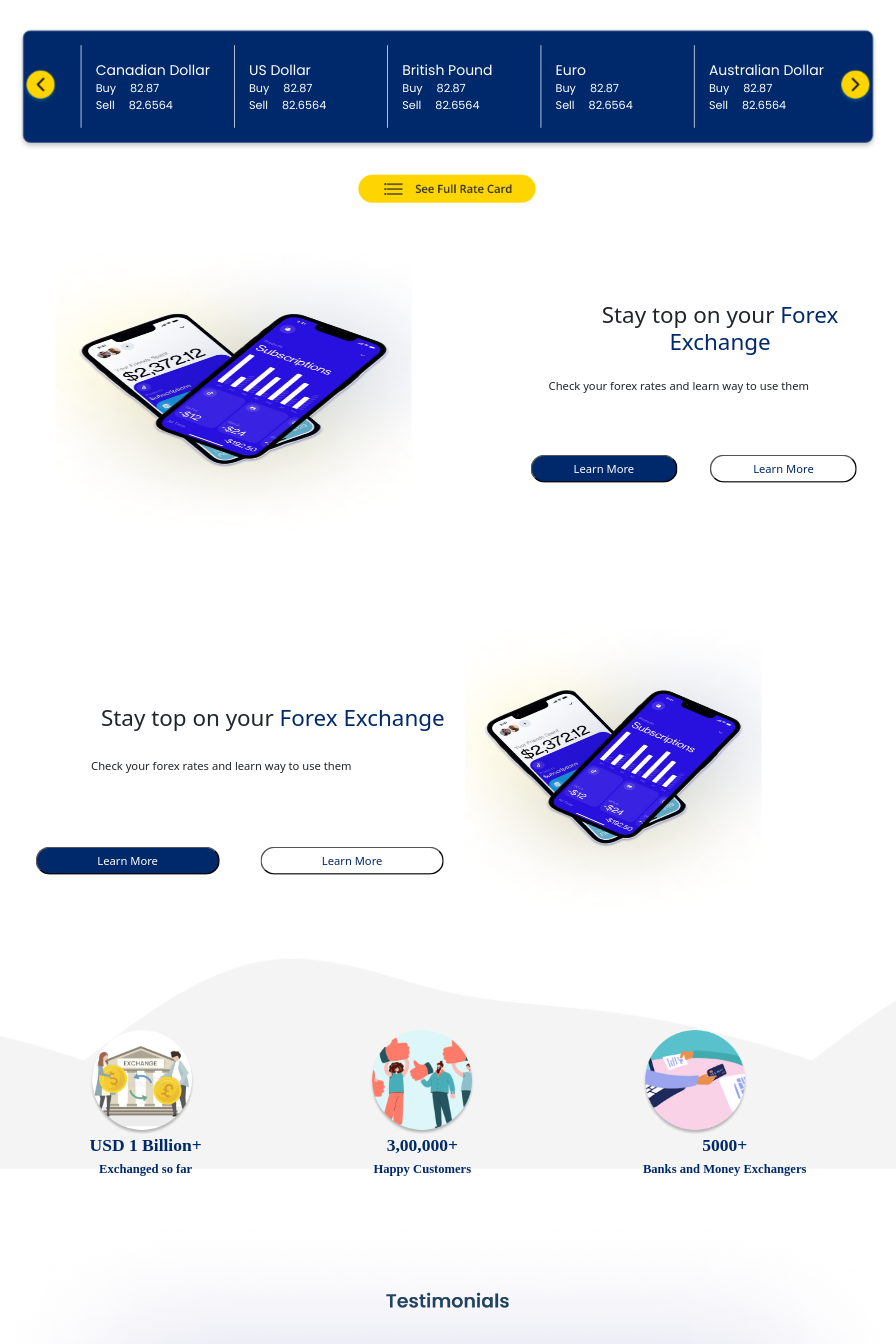
Repository: FlyweisReact/Akshadeep-latest
Page: /
An editor plug-in stored every save of this project. The page is shown before and after the next save, followed by the edit.
The browser window is 1280 px wide. The pictures show the part of the page from y = 741 to 2661 px (the page is 4533 px tall before and 4468 px after), at 70% of full size.
Some web libraries are served in a nearby version. The project was rebuilt for these pictures with package versions that can differ from the ones it lists, and the page was loaded fresh each time. Also part of the build but not shown: src/components/exchange.jsx, src/components/order_p1.jsx, src/components/order_p2.jsx, src/components/faas.jsx, src/components/offer.jsx, src/components/main2.jsx, src/components/home.jsx, src/components/slider.jsx and 6 more.

Above is the page before, as saved 2023-05-23 15:39:29.

### public/index.html
<!DOCTYPE html>
<html lang="en">
  <head>
    <meta charset="utf-8" />
    <link rel="icon" href="%PUBLIC_URL%/favicon.ico" />
    <meta name="viewport" content="width=device-width, initial-scale=1" />
    <meta name="theme-color" content="#000000" />
    <meta
      name="description"
      content="Web site created using create-react-app"
    />
    <link rel="apple-touch-icon" href="%PUBLIC_URL%/logo192.png" />

    <link rel="manifest" href="%PUBLIC_URL%/manifest.json" />
    <link rel="stylesheet" href="https://cdnjs.cloudflare.com/ajax/libs/font-awesome/5.15.3/css/all.min.css" />
    <link href="https://cdn.jsdelivr.net/npm/bootstrap@5.3.0-alpha1/dist/css/bootstrap.min.css" rel="stylesheet" integrity="sha384-GLhlTQ8iRABdZLl6O3oVMWSktQOp6b7In1Zl3/Jr59b6EGGoI1aFkw7cmDA6j6gD" crossorigin="anonymous">
    <title>React App</title>
  </head>
  <body>
    <noscript>You need to enable JavaScript to run this app.</noscript>
    <div id="root"></div>
    <script src="https://kit.fontawesome.com/b533b351e4.js" crossorigin="anonymous"></script>
  </body>
</html>

### src/components/Main.jsx
/** @format */

import React from "react";
import Navbar from "./navbar";
import "react-responsive-carousel/lib/styles/carousel.min.css";
import BottomCont from "./bottom_cont";
import Footer from "./footer";
import img from "../Images/a-7.png";
import img5 from "../Images/a-58.png";
import UpperForm from "./Component/Index/UpperForm";
import UpperSlider from "./Component/Index/UpperSlider";
import CurrencySlider from "./Component/Index/CurrencySlider";

function Main() {
  return (
    <>
      <Navbar />

      <div className="upper-two-component">
        <div className="left-component">
          <UpperForm />
        </div>
        <div className="right-component">
          <UpperSlider />
        </div>
      </div>

      <div className="Index-currency_cont">
        <CurrencySlider />
      </div>

      <div className="main-mid-2-cont">
        <img src={img5} alt="" />
      </div>

      <div className="main-2-cont">
        <div className="main-2-left">
          <img src={img} alt="" />
        </div>
        <div className="main-2-right">
          <h2>
            Stay top on your <spam className="sp">Forex Exchange</spam>
          </h2>
          <p>Check your forex rates and learn way to use them</p>
          <div className="main-2-r-btn">
            <button className="main-2l-btn">Learn More</button>
            <button className="main-2r-btn">Learn More</button>
          </div>
        </div>
      </div>
      <div className="main-3-cont">
        <div className="main-3-left">
          <h2>
            Stay top on your <spam className="sp">Forex Exchange</spam>
          </h2>
          <p>Check your forex rates and learn way to use them</p>
          <div className="main-2-r-btn">
            <button className="main-2l-btn">Learn More</button>
            <button className="main-2r-btn">Learn More</button>
          </div>
        </div>
        <div className="main-3-right">
          <img src={img} alt="" />
        </div>
      </div>
      <BottomCont />
      <Footer />
    </>
  );
}

export default Main;

### src/Style/Header.css
/** @format */

.Sticky-Header-Companent {
  height: 100%;
  background-color: var(--white);
  position: sticky;
  top: 0;
  z-index: 999;
  padding: 20px;
  transition: box-shadow 0.3s ease;
}

.scrolled {
  box-shadow: rgba(0, 0, 0, 0.24) 0px 3px 8px;
}

.Header {
  width: 100%;
  display: flex;
  justify-content: space-between;
  align-items: center;
}

.Header .left-component a {
  font-family: InterFont;
  font-size: 2rem;
  color: #000000;
  cursor: pointer;
  text-decoration: none;
}

.Header .right-component {
  display: flex;
  gap: 20px;
}
.Header .right-component .btn1 {
  font-weight: 500;
  font-size: var(--medium-font);
  color: var(--black);
  background-color: transparent;
  border: none;
}
.Header .right-component .btn2 {
  font-size: var(--medium-font);
  color: var(--white);
  background-color : #00296B;
  border: 1px solid #00296B;
  padding: 10px;
  width: 200px;
  border-radius: var(--half-border);
}

/* Category Drop- Down */
.Drop-Category-Bar {
  display: flex;
  align-items: center;
}
.Drop-Category-Bar .left-container {
  width: 20%;
  padding: 20px;
}

.Drop-Category-Bar .right-Container {
  display: flex;
  width: 60%;
  justify-content: space-evenly;
}

.Drop-Category-Bar .left-container i {
  font-size: var(--medium-font);
  cursor: pointer;
}
.Drop-Category-Bar .right-Container #dropdown-basic {
  border: none;
  font-size: var(--medium-font);
  font-style: normal;
  line-height: 29px;
  color: #333131;
}
.Drop-Category-Bar .right-Container #dropdown-button-drop-end {
  width: 100%;
  display: flex;
  justify-content: space-between;
  gap: 20px;
  align-items: center;
  font-size: var(--small-font);
  border: none;
}
.Drop-Category-Bar .right-Container .dropdown-item {
  width: 100%;
  font-size: var(--small-font);
  border: none;
  padding-left: 12px;
}

/* FullScreen Offcanvas */
.offcanvas.offcanvas-start {
  width: 100% !important;
  background-color: transparent;
}
.offcanvas-backdrop.show {
  opacity: 0.9 !important;
}
.Offcanvas-Menu {
  position: relative;
  padding: 20px;
}
.Offcanvas-Menu .fa-x {
  font-size: var(--medium-font);
  color: #fff;
  position: absolute;
  right: 20px;
  top: 20px;
  cursor: pointer;
}
.Offcanvas-Menu .Menu-Items {
  display: flex;
  justify-content: space-evenly;
  align-items: center;
  position: absolute;
  top: 50%;
  gap: 20px;
  left: 50%;
  transform: translate(-50%, -50%);
  width: 100%;
  padding-left: 5%;
  padding-right: 5%;
}
.Offcanvas-Menu .Menu-Items div {
  width: 20%;
  cursor: pointer;
}
.Offcanvas-Menu .Menu-Items div img {
  display: block;
  margin: auto;
}
.Offcanvas-Menu .Menu-Items div a {
  text-decoration: none;
}
.Offcanvas-Menu .Menu-Items p {
  font-size: var(--medium-font);
  color: #ffffff;
  text-align: center;
  margin-top: 10px;
  font-family: OpenFont;
  text-decoration: none;
  width: 100%;
}

### src/Style/Layout.css
/* Two Section Component */
.upper-two-component {
    display: flex;
    justify-content: space-evenly;
    padding-top: 20px;
}
.upper-two-component .left-component{
    width: 40%;
}
.upper-two-component .right-component{
    width: 50%;
}

/* Currency Container */
.Index-currency_cont{
    width: 98%;
    margin: auto;
    padding: 20px;
    filter: drop-shadow(0px 4px 4px rgba(0, 0, 0, 0.25));
    padding-top: 5%;
}

### src/Style/Component.css
/**
 * Upper Form Component
 *
 * @format
 */

.Index-Upper-Form {
  width: 100%;
  padding-top: 20px;
}
.Index-Upper-Form .button-container {
  display: flex;
  align-items: center;
  justify-content: center;
  gap: 10px;
  width: 100%;
}
.Index-Upper-Form .button-container button {
  background-color: #fff;
  color: #333;
  border: 1px solid #ffd500;
  font-size: var(--small-font);
  cursor: pointer;
  padding: 10px;
  width: 20%;
  font-family: OpenFont;
  border-radius: 4px;
  transition: 0.5s;
}
.Index-Upper-Form .button-container button:hover {
  background: #ffd500;
}
.Index-Upper-Form .form-cont {
  width: 100%;
  margin-top: 10px;
  background: #00296b;
  border: 1px solid #333131;
  box-shadow: 0px 0px 100px 8px rgba(255, 213, 0, 0.3);
  border-radius: 12px;
  position: relative;
  padding: 20px;
}
.Index-Upper-Form .form-cont .form-part-1 .two-cont {
  display: flex;
  justify-content: space-between;
  width: 100%;
}
.Index-Upper-Form .form-cont .form-part-1 .two-cont div {
  width: 45%;
}
.Index-Upper-Form .form-cont .form-part-1 .two-cont div label {
  color: var(--white);
  font-size: var(--extra-small-font);
  font-family: PoppinFont;
  line-height: 24px;
  color: #ffffff;
}

.Index-Upper-Form .form-cont .form-part-1 .two-cont div select {
  width: 100%;
  margin-top: 3px;
  outline: none;
  font-size: var(--extra-small-font);
  color: #897f7f;
  font-family: PoppinFont;
  padding: 10px;
  border-radius: 4px;
  border: 1px solid #897f7f;
}
.Index-Upper-Form .form-cont .form-part-1 .rate {
  font-size: 16px;
  line-height: 24px;
  color: #ffffff;
  margin-top: 10px;
  font-family: PoppinFont;
}
.Index-Upper-Form .form-cont .form-part-1 .two-cont div input {
  width: 100%;
  margin-top: 3px;
  outline: none;
  font-size: var(--extra-small-font);
  color: #897f7f;
  font-family: PoppinFont;
  padding: 10px;
  border-radius: 4px;
  border: 1px solid #897f7f;
}
.Index-Upper-Form .form-cont .form-part-1 .two-cont div input::placeholder {
  color: #897f7f;
}
.Index-Upper-Form .form-cont .form-part-1 .two-cont .two-section {
  display: flex;
  gap: 10px;
  color: var(--white);
  margin-top: 10px;
  align-items: center;
}
.Index-Upper-Form .form-cont .form-part-1 .two-cont .two-section p {
  margin: 0;
  font-family: PoppinFont;
}
.Index-Upper-Form .form-cont .form-part-1 .two-cont .two-section button {
  background-color: #214360;
  outline: none;
  border: 1px solid #214360;
  color: var(--white);
  font-family: PoppinFont;
}
.Index-Upper-Form .form-cont .form-part-1 .two-cont .two-section i {
  color: #ffd500;
}
.Index-Upper-Form .form-cont .form-part-1 .two-cont .two-section .add {
  color: #ffd500;
  text-decoration: underline;
}
.Index-Upper-Form .form-cont .ord-btn {
  font-size: var(--medium-font);
  font-family: PoppinFont;
  background: #ffd500;
  border-radius: 30.2748px;
  border: none;
  width: 40%;
  padding: 10px;
  display: block;
  margin: auto;
  position: absolute;
  top: 98%;
  cursor: pointer;
  left: 50%;
  transform: translate(-50%, -50%);
}

/* Slick Slider */
.slick-slider-Cont {
  position: relative;
}
.slick-slider-Cont .Prev-Next_cont {
  display: flex;
  justify-content: space-between;
}
.slick-slider-Cont .Prev-Next_cont .PrevImg {
  position: absolute;
  top: 50%;
  left: 5%;
  transform: translate(-50%, -50%);
  cursor: pointer;
}
.slick-slider-Cont .Prev-Next_cont .NextImg {
  position: absolute;
  top: 50%;
  left: 95%;
  transform: translate(-50%, -50%);
  cursor: pointer;
}

.Slick-Slider {
  height: 100%;
  padding: 20px;
}
.Slick-Slider .slider-container-div {
  width: 100%;
}
.Slick-Slider .slider-container-div p {
  font-family: PoppinFont;
  font-size: 24px;
  line-height: 40px;
  color: #000;
  text-align: center;
  margin: 0;
}
.Slick-Slider .slider-container-div img {
  display: block;
  margin: auto;
}
.Slick-Slider:focus {
  border: none !important;
}
.Slick-Slider:active {
  border: none !important;
}

.Slick-Slider .slider-container-div .two-comp {
  display: flex;
  justify-content: space-evenly;
  gap: 10px;
}
.Slick-Slider .slider-container-div .two-comp .left-comp {
  width: 45%;
  position: relative;
}
.Slick-Slider .slider-container-div .two-comp .left-comp img {
  position: absolute;
  top: 50%;
  left: 50%;
  transform: translate(-50%, -50%);
}
.Slick-Slider .slider-container-div .two-comp .right-comp {
  width: 60%;
}
.Slick-Slider .slider-container-div .two-comp .right-comp div {
  display: flex;
  padding-top: 20px;
  gap: 20px;
  align-items: center;
}
.Slick-Slider .slider-container-div .two-comp .right-comp p {
  margin: 0;
  font-size: var(--extra-small-font);
  line-height: normal;
  width: 90%;
  text-align: left;
}
.Slick-Slider .slider-container-div .two-comp .right-comp i {
  margin: 0;
  background-color: #00a067;
  color: #fff;
  border-radius: 100%;
  padding: 5px;
}


/* Currency-Slider  */
.currency_slider_cont{
  background-color: #00296B;
  border: 1px solid #00296B;
  border-radius: 10px;
  position: relative;
  width: 100%;
}
.currency_slider_cont .currency_slider{
  height: 100%;
  padding: 20px;
  padding-left: 5%;
  padding-right: 5%;
}
.currency_slider_cont .currency_slider:focus {
  border: none !important;
}
.currency_slider_cont .currency_slider:active {
  border: none !important;
}

.currency_slider_cont .currency_slider .Item{
  color: #fff;
  border-right: 1px solid #fff;
  padding: 20px;
  width: 20%;
}
.currency_slider_cont .currency_slider .Item p{
  margin: 0;
}
.currency_slider_cont .currency_slider .Item .head{
  font-family: PoppinFont;
  font-size: var(--medium-font);
}
.currency_slider_cont .currency_slider .Item .two_sec{
  display: flex;
  align-items: center;
  gap: 20px;
}
.currency_slider_cont .currency_slider .Item .two_sec p{
  font-family: PoppinFont;
font-size: var(--extra-small-font);
}
.currency_slider_cont .Prev-Next_cont {
  display: flex;
  justify-content: space-between;
}
.currency_slider_cont .Prev-Next_cont .PrevImg {
  position: absolute;
  top: 50%;
  left: 2%;
  transform: translate(-50%, -50%);
  cursor: pointer;
}
.currency_slider_cont .Prev-Next_cont .NextImg {
  position: absolute;
  top: 50%;
  left: 98%;
  transform: translate(-50%, -50%);
  cursor: pointer;
}

.slick-prev:before {
  display: none !important;
}
.slick-next:before{
  display: none
  ;
}

### src/components/navbar.jsx
import Header from "./Layout/Header";

const Navbar = () => {
  return (
    <>
      <Header />

    </>
  );
};

export default Navbar;

### src/components/bottom_cont.jsx
import React from "react";
import img from "../Images/a-33.png";
import img2 from "../Images/a-34.png";
import img3 from "../Images/a-35.png";
import img4 from "../Images/a-36.png";
import img5 from "../Images/a-37.png";
import img6 from "../Images/a-51.png";

const BotCont = () => {
  return (
    <>
      <div className="bot-part-1">
        <div className="bot-cont-imgs">
          <div>
            <img src={img} />
            <h6>USD 1 Billion+</h6>
            <p>Exchanged so far</p>
          </div>
          <div>
            <img src={img2} />
            <h6>3,00,000+</h6>
            <p>Happy Customers</p>
          </div>
          <div>
            <img src={img3} />
            <h6>5000+</h6>
            <p>Banks and Money Exchangers</p>
          </div>
        </div>
      </div>
      <div className="bot-part-3">
        <img src={img6} />
      </div>
      <div className="bot-part-2">
        <h3>Media Mentions</h3>
        <div className="bot-part-2-sub">
          <div className="bot-cont-card">
            <h4>Loren Ipsum Id best Platform out there</h4>
            <p>
              Lorem Ipsum is simply dummy text of the printing and typesetting
              industry. Lorem Ipsum has been the industry's standard dummy text
              ever since the 1500s, when an unknown printer took a galley of
              type and scrambled it to make a type specimen book.
            </p>
            <div className="thin-line"></div>
            <div className="bot-cont-card-2">
              <img src={img4} />
              <p>5 star</p>
            </div>
          </div>
          <div className="bot-cont-card">
            <h4>Loren Ipsum Id best Platform out there</h4>
            <p>
              Lorem Ipsum is simply dummy text of the printing and typesetting
              industry. Lorem Ipsum has been the industry's standard dummy text
              ever since the 1500s, when an unknown printer took a galley of
              type and scrambled it to make a type specimen book.
            </p>
            <div className="thin-line"></div>
            <div className="bot-cont-card-2">
              <img src={img5} style={{height:"40px"}} />
              <p>5 star</p>
            </div>
          </div>
        </div>
      </div>
    </>
  );
};

export default BotCont;

### src/components/footer.jsx
import React from "react";

const Footer = () => {
  return (
    <footer className="footer">
      <div className="footer-cont">
        <div className="foot-row">
          <div className="foot-col">
            <h3>Company</h3>
            <p>About Us</p>
            <p>Contact Us</p>
            <p>Careers</p>
          </div>
          <div className="foot-col">
            <h3>Services</h3>
            <p>Prepaid Travel Card</p>
            <p>Foreign Demand Draft</p>
            <p>Foreign Currency</p>
            <p>Educational Loans</p>
            <p>Remmittance</p>
            <p>Travel Insurance</p>
            <p>Forex as a Service (Faas Solution)</p>
          </div>
          <div className="foot-col">
            <h3>Quick Links</h3>
            <p>FAQs</p>
            <p>Cancellation & Refund Policy</p>
            <p>Forex Rates</p>
            <p>Our Policies</p>
            <p>Terms of Use</p>
            <p>Site Map</p>
            <p>Offers</p>
          </div>
          <div className="foot-col">
            <h3>Insight</h3>
            <p>Blogs</p>
            <p>Press Release</p>
            <p>Foreign Currency</p>
            <p>Educational Loans</p>
            <p>Remmittance</p>
            <p>Travel Insurance</p>
            <p>Forex as a Service (Faas Solution)</p>
          </div>
          <div className="foot-col">
            <h3>Registered Office Address</h3>
            <p>Lorem Ipsum Pvt ltd.</p>
            <p>P-701 to P-705 lorem ipsum , 7th floor, 11th tower, panchsheel primerose, vatista
                , Gurugram, Hariyana
            </p>
            {/*<ul className="social-icons">
              <li>
                <a href="#">
                  <i className="fab fa-facebook-f"></i>
                </a>
              </li>
              <li>
                <a href="#">
                  <i className="fab fa-twitter"></i>
                </a>
              </li>
              <li>
                <a href="#">
                  <i className="fab fa-linkedin"></i>
                </a>
              </li>
              <li>
                <a href="#">
                  <i className="fab fa-instagram"></i>
                </a>
              </li>
            </ul>*/}
          </div>
        </div>
      </div>
      <div className="footer-bottom">
        <p>&copy; 2023 Forex Inc. All Rights Reserved.</p>
      </div>
    </footer>
  );
};

export default Footer;

### src/components/signup.jsx
import Button from "react-bootstrap/Button";
import Modal from "react-bootstrap/Modal";

function MyVerticallyCenteredModal(props) {
  return (
    <Modal
      {...props}
      size="lg"
      aria-labelledby="contained-modal-title-vcenter"
      centered
    >
      <Modal.Body>
        <div className="popupe-container">
          <div className="popupe">
            <span className="close" onClick={props.onHide}>
              &times;
            </span>
            <h2 className="form-title">Register</h2>
            <form>
              <div class="form-groupe">
                <label for="name" className="label-inp">Name</label>
                <input type="text" id="name" name="name" placeholder="Enter your name here" />
              </div>
              <div class="form-groupe">
                <label for="mobile" className="label-inp">Mobile Number</label>
                <input type="email" id="email" name="email" placeholder="Enter your mobile no here"/>
              </div>
              <div class="form-groupe">
                <label for="email" className="label-inp">Email</label>
                <input type="email" id="email" name="email" placeholder="Enter your email here"/>
              </div>
              <button type="submit" className="btn-form-submit">Submit</button>
            </form>
            <h2 className="form-title">Or</h2>
            <div className="form-bot-cont">
              <div className="left-btn">
                  <button className="btn-2">
                  <i class="fab fa-facebook-f fc" ></i>
                  facebook</button>
              </div>
              <div className="right-btn">
                  <button className="btn-2">
                  <i class="fab fa-google-plus-g gl"></i>
                    Google</button>
              </div>
            </div>
            </div>
          </div>
      </Modal.Body>
    </Modal>
  );
}

export default MyVerticallyCenteredModal;

### src/components/login.jsx

import Modal from "react-bootstrap/Modal";

function MyVerticallyCenteredModal(props) {
  return (
    <Modal
      {...props}
      size="lg"
      aria-labelledby="contained-modal-title-vcenter"
      centered
    >
      <Modal.Body>
        <div className="popupe-container">
          <div className="popupe">
            <span className="close" onClick={props.onHide}>
              &times;
            </span>
            <h2 className="form-title">Login</h2>
            <form>
              <div class="form-groupe">
                <label for="name" className="label-inp">Mobile Number/ Email Id</label>
                <input type="text" id="name" name="name" placeholder="Enter mobile number/ email Id" />
              </div>
              <button type="submit" className="btn-form-submit">Submit</button>
            </form>
            </div>
            <h2 className="form-title">Or</h2>
            <div className="form-bot-cont">
              <div className="left-btn">
                  <button className="btn-2">
                  <i class="fab fa-facebook-f fc" ></i>
                  facebook</button>
              </div>
              <div className="right-btn">
                  <button className="btn-2">
                  <i class="fab fa-google-plus-g gl"></i>
                    Google</button>
              </div>
            </div>
          </div>
      </Modal.Body>
    </Modal>
  );
}

export default MyVerticallyCenteredModal;

Loaded but not shown: src/Json/menu.json (187 lines, source omitted); src/components/Component/Index/UpperSlider.js (180 lines, source omitted); src/components/Component/Index/CurrencySlider.js (162 lines, source omitted); src/components/Component/Index/UpperForm.js (74 lines, source omitted); src/components/Layout/DropBar.js (60 lines, source omitted); src/components/Layout/Sidebar.js (70 lines, source omitted); src/App.js (50 lines, source omitted); src/components/Layout/Header.js (56 lines, source omitted); src/index.js (13 lines, source omitted); src/index.css (2406 lines, source omitted)

After the next save:
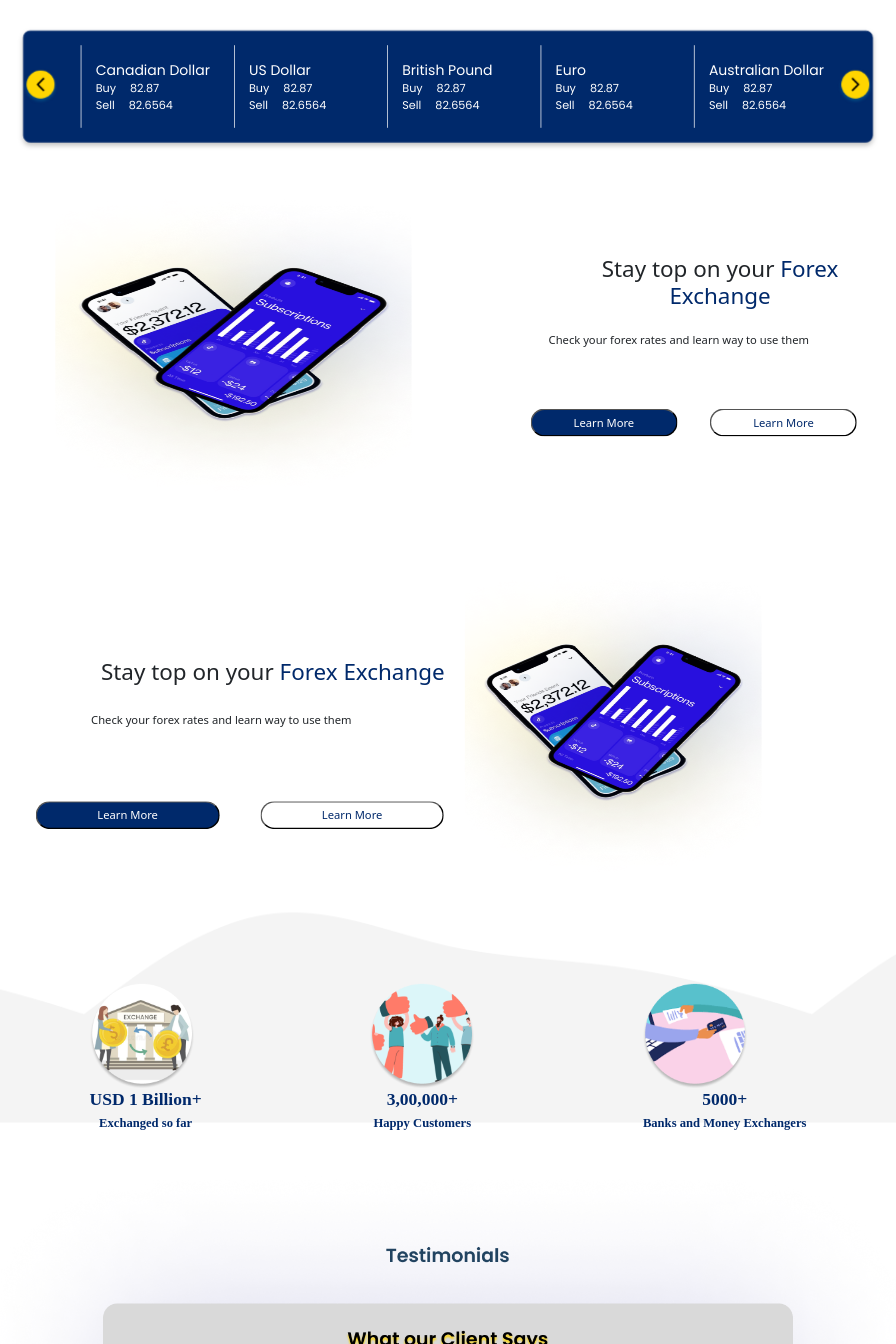
Saved 4 s later.
--- a/src/components/Main.jsx
+++ b/src/components/Main.jsx
@@ -29,9 +29,9 @@ function Main() {
         <CurrencySlider />
       </div>
 
-      <div className="main-mid-2-cont">
+      {/* <div className="main-mid-2-cont">
         <img src={img5} alt="" />
-      </div>
+      </div> */}
 
       <div className="main-2-cont">
         <div className="main-2-left">
